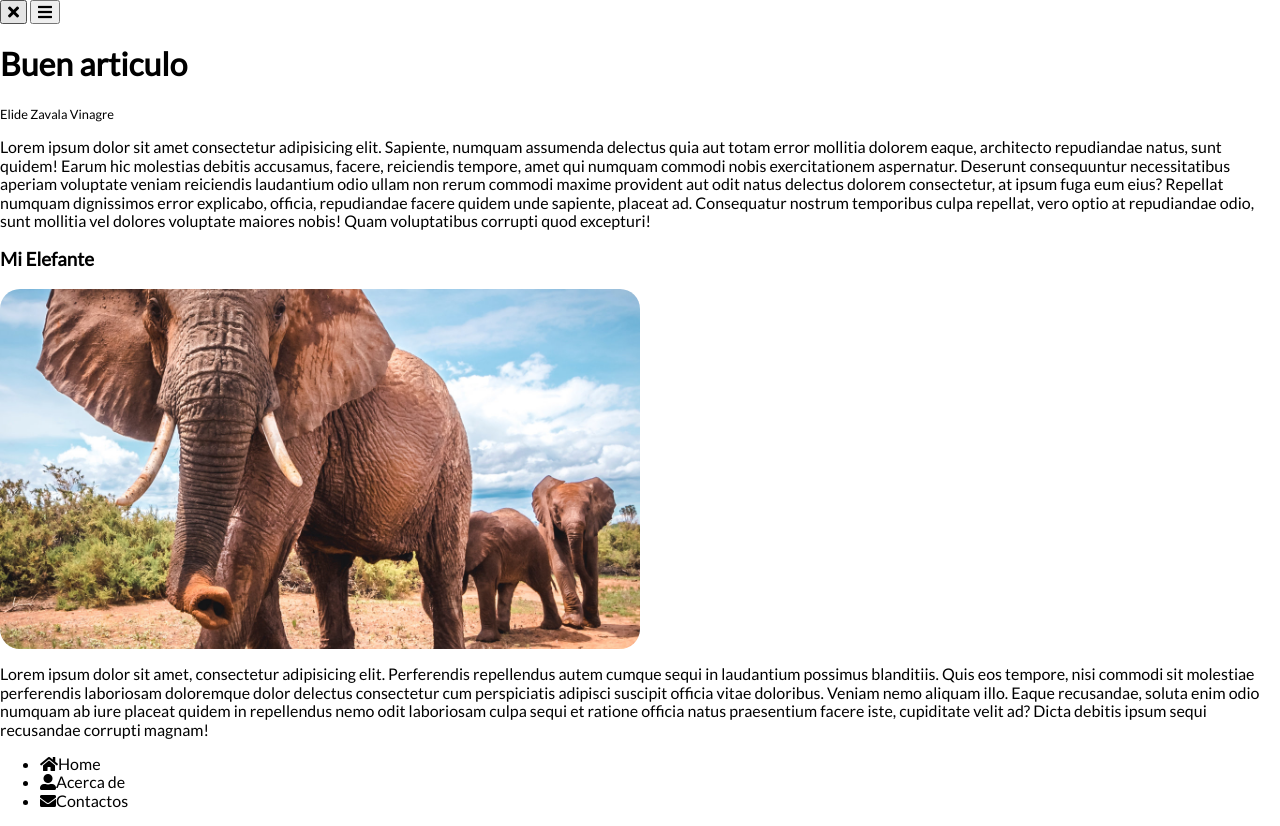
Repository: ElideZavala/Navagacion-en-rotacion
Page: index.html
The author's editor kept a copy of each file at every save. The page is drawn from the files as they stood at one save, then again after the next save.
The browser window is 1280 px wide. The pictures show the whole page.

Above is the page before, as saved 2021-05-29 08:37:00.

After the next save:
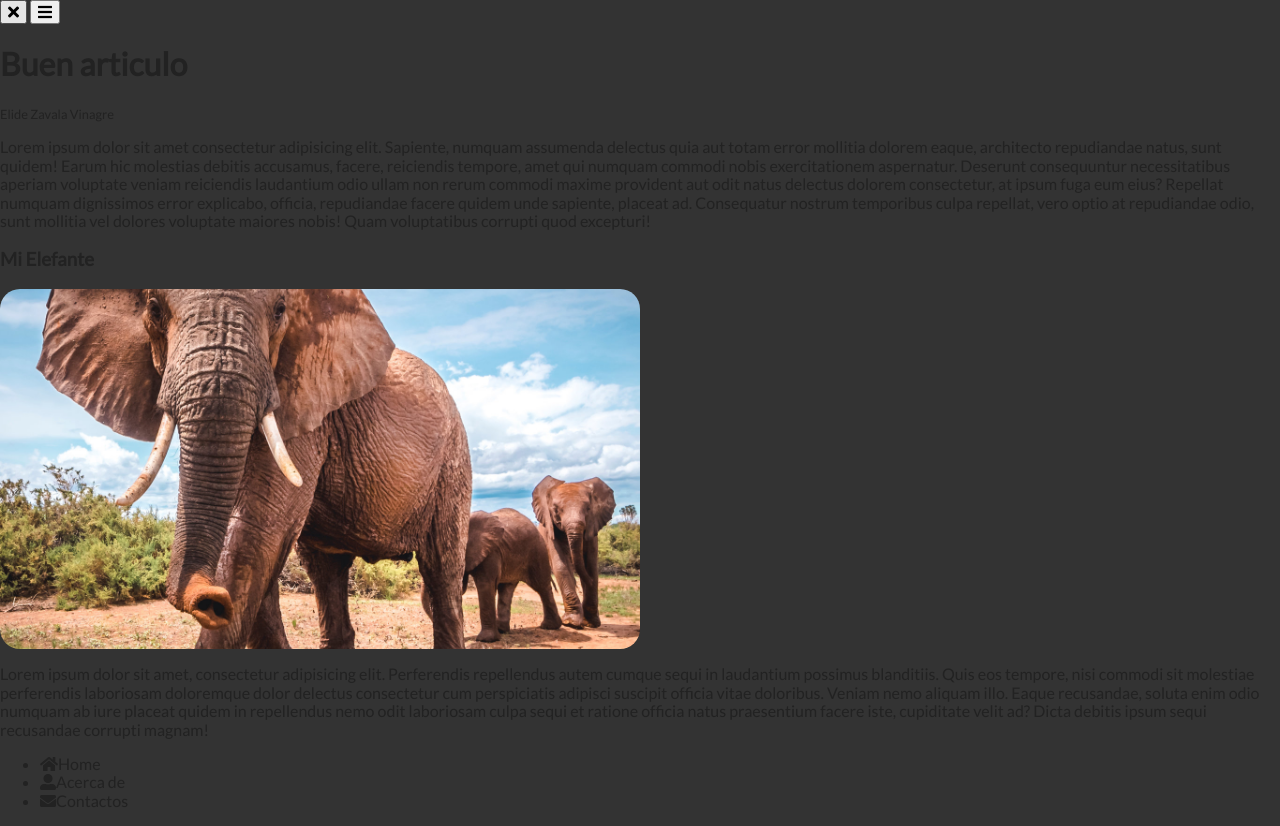
Saved 118 s later.
--- a/style.css
+++ b/style.css
@@ -6,6 +6,8 @@
 
 body {
 	font-family: 'Lato', sans-serif;
+	background-color: #333;
+	color: #222;
 	overflow: hidden;
 	margin: 0;
 }
